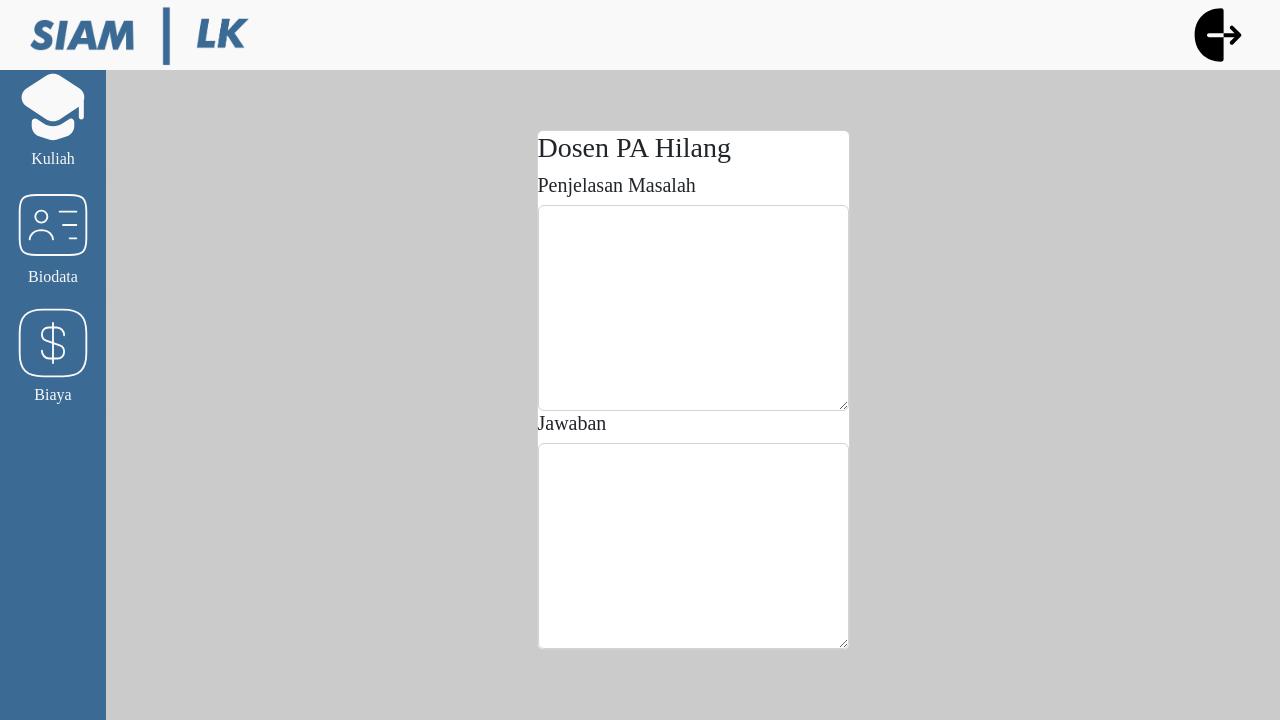
Repository: haikalirf/Project-IMK
Page: isitiket.html
These files come from the project's save history. The page is drawn as it stood at one moment and after the next save; the edit follows.
The browser window is 1280 px wide. The pictures show the whole page.
Some web fonts or font styles are not loaded; a fallback is used.

Above is the page before, as saved 2022-12-14 19:41:28.
Not found: scripts/.js

### isitiket.html
<!DOCTYPE html>
<html lang="en">
<head>
	<meta charset="UTF-8">
	<meta http-equiv="X-UA-Compatible" content="IE=edge">
	<meta name="viewport" content="width=device-width, initial-scale=1.0">
	<title>SIAM</title>
	<link rel="icon" href="/assets/logo_ub.ico">
	<link rel="stylesheet" href="https://cdn.jsdelivr.net/npm/bootstrap@5.2.3/dist/css/bootstrap.min.css" integrity="sha384-rbsA2VBKQhggwzxH7pPCaAqO46MgnOM80zW1RWuH61DGLwZJEdK2Kadq2F9CUG65" crossorigin="anonymous">
	<link rel="stylesheet" href="/styles/isitiket.css">
</head>
<body>
	<nav class="navbar" id="navbar">
		<div class="navbar-left">
			<a class="navbar-brand" href="/kuliah.html">
				<img class="navbar-image" src="/assets/SIAM.png" alt="SIAM">
			</a>
			<img src="/assets/Garis.svg" alt="">
			<a class="navbar-extra" href="kemahasiswaan.html">
				<img class="navbar-image" src="assets/LK.png" alt="Layanan Kemahasiswaan">
			</a>
		</div>
		<a class="navbar-link" href="landing.html">
			<img id="navbar-image" src="/assets/Logout.svg" alt="Logout">
		</a>
	</nav>
	<div class="mh-100" id="sidebar">
		<a class="btn" href="kuliah.html">
			<img id="sidebar-kuliah" src="/assets/Kuliah Logo.svg" alt="Kuliah">
			<label for="sidebar-kuliah">Kuliah</label>
		</a>
		<a class="btn" href="">
			<img id="sidebar-biodata" src="/assets/Biodata Logo Kosong.svg" alt="Biodata">
			<label for="sidebar-biodata">Biodata</label>
		</a>
		<a class="btn" href="">
			<img id="sidebar-biaya" src="/assets/Biaya Logo Kosong.svg" alt="Biaya">
			<label for="sidebar-biaya">Biaya</label>
		</a>
	</div>
	<main>
		<div class="card">
			<h3>Dosen PA Hilang</h3>
			<div class="form-group">
				<h5>Penjelasan Masalah</h5>
				<textarea  class="form-control" name="" id="" cols="30" rows="8" value="Dosen PA saya belum mengeacc KRS Saya" readonly>
				</textarea>
			</div>
			<div class="form-group">
				<h5>Jawaban</h5>
				<textarea  class="form-control" name="" id="" cols="30" rows="8" value="L + Ratio" readonly></textarea>
			</div>
		</div>
	</main>
	<script src="https://cdn.jsdelivr.net/npm/bootstrap@5.2.3/dist/js/bootstrap.bundle.min.js" integrity="sha384-kenU1KFdBIe4zVF0s0G1M5b4hcpxyD9F7jL+jjXkk+Q2h455rYXK/7HAuoJl+0I4" crossorigin="anonymous"></script>
	<script src="/scripts/.js"></script>
</body>
</html>

### styles/isitiket.css
/* CSS Reset */
/*
	Josh's Custom CSS Reset
	https://www.joshwcomeau.com/css/custom-css-reset/
*/
*, *::before, *::after {
	box-sizing: border-box;
}
  * {
	margin: 0;
}
html, body {
	height: 100%;
}
body {
	line-height: 1.5;
	-webkit-font-smoothing: antialiased;
}
img, picture, video, canvas, svg {
	display: block;
	max-width: 100%;
}
input, button, textarea, select {
	font: inherit;
}
p, h1, h2, h3, h4, h5, h6 {
	overflow-wrap: break-word;
}
#root, #__next {
	isolation: isolate;
}
/* CSS Reset ends */

body {
	background-color: #cbcbcb;
	font-family: 'readex';
	font-size: 16px;
}

@font-face {
	font-family: 'readex';
	src:url('/assets/fonts/ReadexPro-Medium.ttf');
}

#navbar {
	display: flex;
	justify-content: space-between;
	position: fixed;
	background-color: #f9f9f9;
	z-index: 1;
	width: 100%;
	padding: 0px 30px;
}

.navbar-left {
	display: flex;
	align-items: center;
}

.navbar-image {
	height: 50px;
}

.navbar-extra {
	padding-bottom: 5px;
	margin-left: 15px;
}

main {
	padding-top: 60px;
	padding-left: 106px;
	display: flex;
	flex-direction: column;
	justify-content: center;
	align-items: center;
	height: 100vh;
	gap: 20px;
}

#sidebar {
	background-color: #3b6a94;
	display: flex;
	flex-direction: column;
	flex: 1;
	position: fixed;
	height: 100vh;
	padding-top: 60px;
}

#sidebar a:hover {
	background-color: #266093;
}

#sidebar img {
	width: 80px;
	height: 80px;
}

a img, a label {
	color: #f9f9f9;
}

.btn {
	background-color: #3b6a94;
}

.btn:hover {
	background-color: #266093;
}

After the next save:
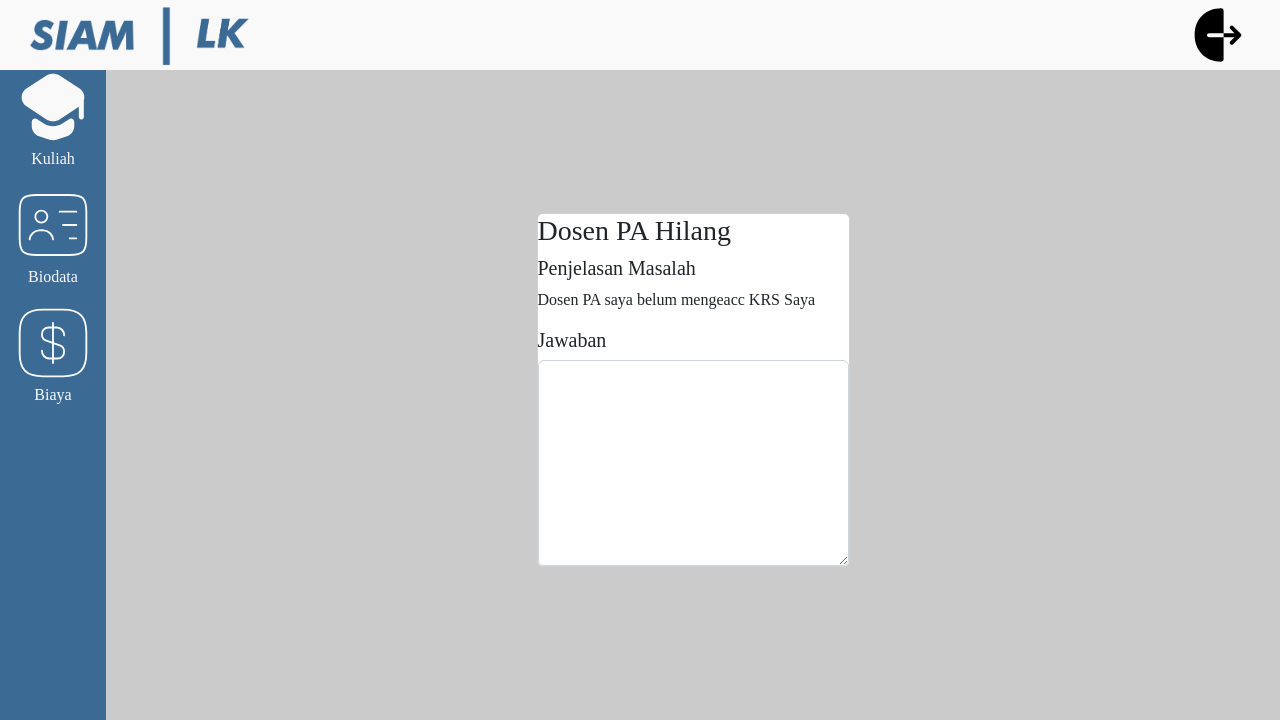
Saved 43 s later.
--- a/isitiket.html
+++ b/isitiket.html
@@ -43,8 +43,7 @@
 			<h3>Dosen PA Hilang</h3>
 			<div class="form-group">
 				<h5>Penjelasan Masalah</h5>
-				<textarea  class="form-control" name="" id="" cols="30" rows="8" value="Dosen PA saya belum mengeacc KRS Saya" readonly>
-				</textarea>
+				<p>Dosen PA saya belum mengeacc KRS Saya</p>
 			</div>
 			<div class="form-group">
 				<h5>Jawaban</h5>
